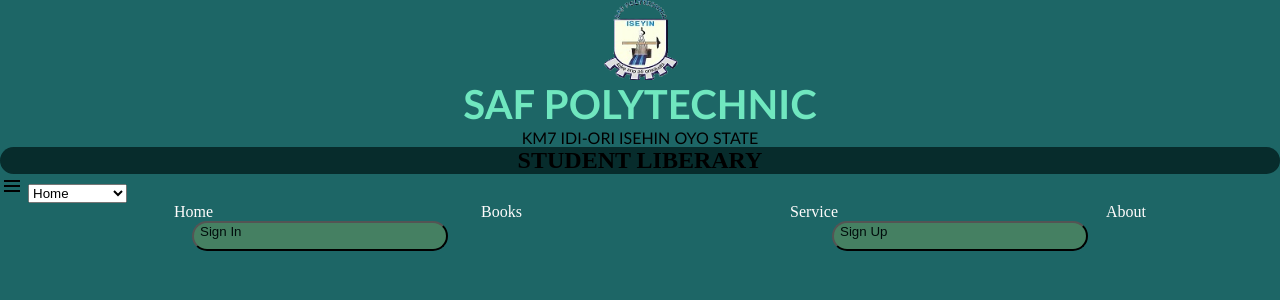
Repository: makinwademila/new-html
Page: index.html
An editor plug-in stored every save of this project. The page is shown before and after the next save, followed by the edit.
The browser window is 1280 px wide. The pictures show the whole page.

Above is the page before, as saved 2025-02-10 16:55:50.

### index.html
<!DOCTYPE html>
<html>

<head>

    <title>test web page</title>
    <link href="style.css" rel="stylesheet">
</head>
<title>saf porject</title>

<body>
    <header>
        <div class="names">
            <img src="logo.png">
            <div class="name">
                <h6>
                    SAF POLYTECHNIC
                </h6>
            </div>

            <div class="namer"> KM7 IDI-ORI ISEHIN OYO STATE
            </div>
        </div>
    </header>

    <nav>
        <div class="title">
            <h2>
                STUDENT LIBERARY
            </h2>
        </div>
    </nav>
    <div class="nav-menu-btn">
        <svg xmlns="http://www.w3.org/2000/svg" width="24" height="24" viewBox="0 0 24 24"><path d="M4 6h16v2H4zm0 5h16v2H4zm0 5h16v2H4z"/></svg>
        <select name="menu list" id="menu 2">
                <option>Home</option>
                <option>Books</option>
                <option>Departments</option>
                <option>Reguest</option>
            </select>
    </div>
    <div class="nav-menu">
        <ul>
            <li><a href="#" class="first">Home</a></li>
            <li><a href="#" class="second">Books</a></li>
            <li><a href="#" class="third">Service</a></li>
            <li><a href="#" class="fourth">About</a></li>
        </ul>
    </div>


    <div class="nav-button">
        <button class="btn1" id="loginBtn">Sign In</button>
        <button class="btn" id="RegisterBtn">Sign Up</button>
    </div>

    <script src="script.js"></script>
</body>


</html>

### style.css
* {
    margin: auto;
    padding: auto;
}

body {
    margin: 0;
    padding: 0;
    background-color: rgb(29, 102, 102);
    height: auto;
    width: auto;
}

header {
    font-family: 'Gill Sans', 'Gill Sans MT', Calibri, 'Trebuchet MS', sans-serif;
    justify-content: center;
    align-content: center;
}

img {
    height: 80px;
    width: 80px;
    display: block;
    margin: auto;
}

.name h6 {
    font-size: 40px;
    font-weight: bolder;
    color: rgb(112, 231, 191);
    display: flex;
    justify-content: center;
    align-content: center;
}

.title {
    display: flex;
    justify-content: center;
    align-items: center;
    flex-direction: row;
    justify-content: space-between;
    color: black;
    background-color: rgb(7, 44, 44);
    border-radius: 60px;
    width: 100%;
    list-style: none;
}

.namer {
    display: flex;
    justify-content: center;
}

.nav-button button {
    display: flex;
    background-color: rgb(69, 128, 98);
    color: rgb(1, 12, 12);
    height: 30px;
    width: 20%;
    border-radius: 20px;
}

.nav-menu ul {
    display: flex;
    flex-direction: row;
    justify-content: space-between;
}

a {
    background-color: transparent;
    color: rgb(255, 252, 252);
    transition: 1s;
    opacity: 5px;
    animation: forwards;
    border-radius: 100px;
    text-decoration: none;
}

a:hover {
    color: rgba(255, 219, 14, 0.801);
}

a:active {
    background-color: rgb(30, 48, 30);
    transition: 1s ease-in-out;
}

.nav-button {
    justify-content: center;
    display: flex;
    justify-content: space-around;
}

li {
    color: transparent;
}

Loaded but not shown: script.js (no copy from this time; the picture is the same without it)

After the next save:
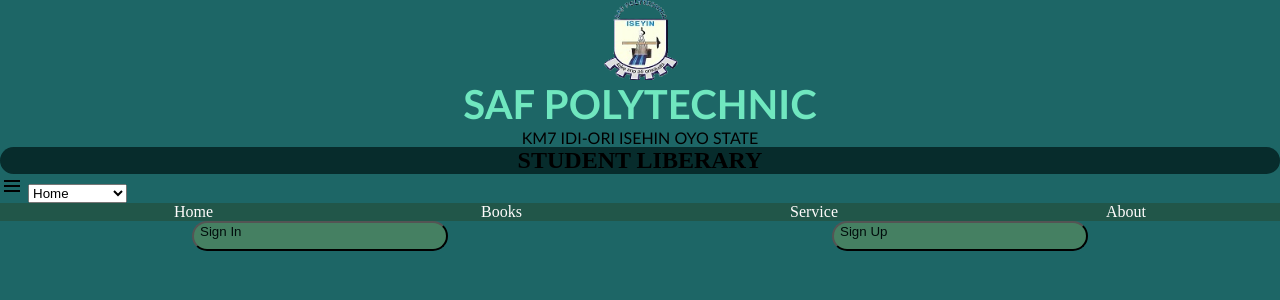
Saved 92 s later.
--- a/style.css
+++ b/style.css
@@ -60,6 +60,10 @@
     border-radius: 20px;
 }
 
+.nav-menu {
+    background-color: rgba(34, 83, 67, 0.836);
+}
+
 .nav-menu ul {
     display: flex;
     flex-direction: row;
